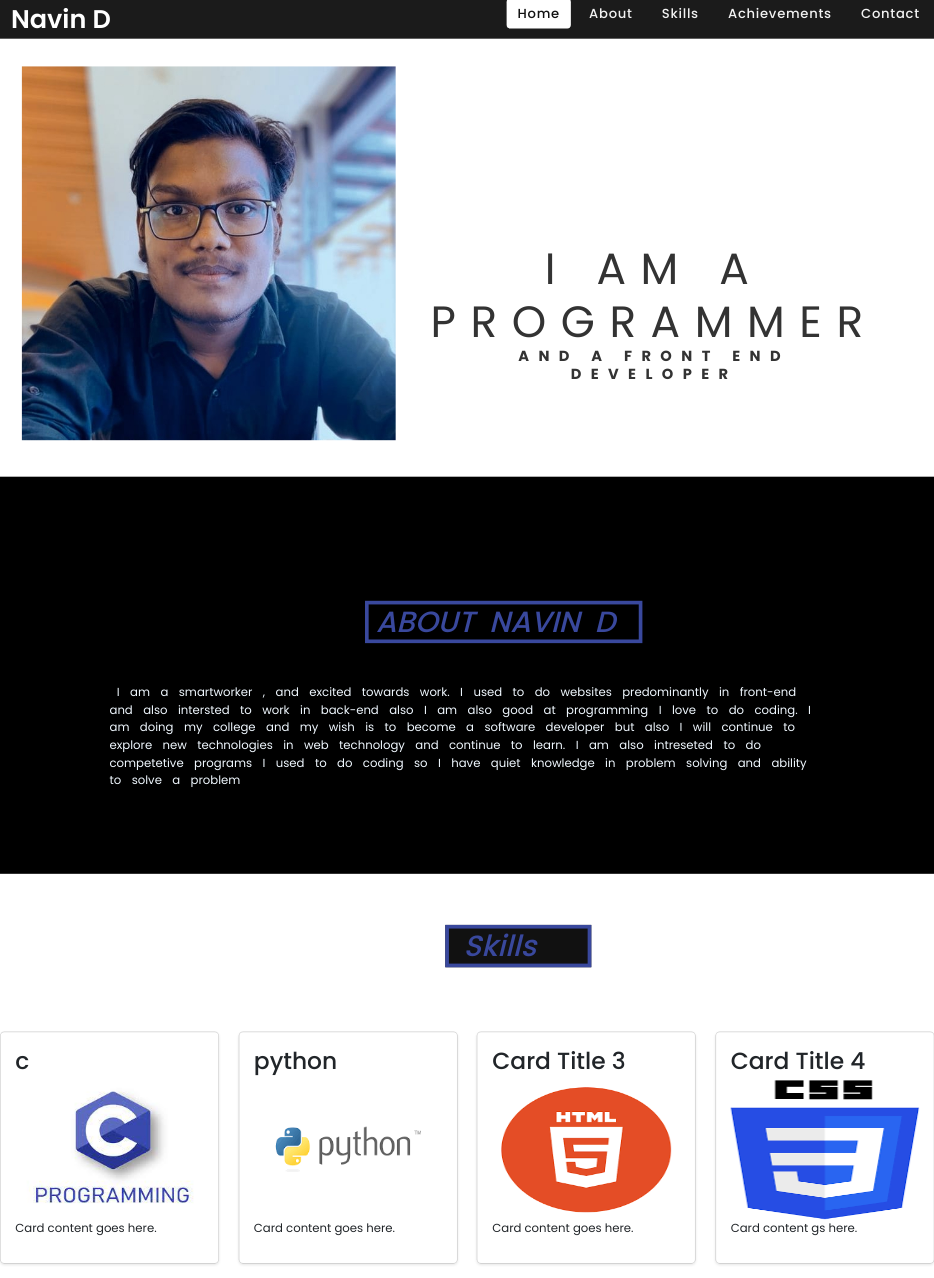
Repository: NavinDayanithi/OIBSIP
Page: Portfolio/index.html
The author's editor kept a copy of each file at every save. The page is drawn from the files as they stood at one save, then again after a run of saves.
The browser window is 1280 px wide. The pictures show the whole page, at 73% of full size.

Above is the page before, as saved 2023-02-21 20:14:26.
Console error: TypeError: Cannot read properties of undefined (reading 'fn')

After the next 3 saves:
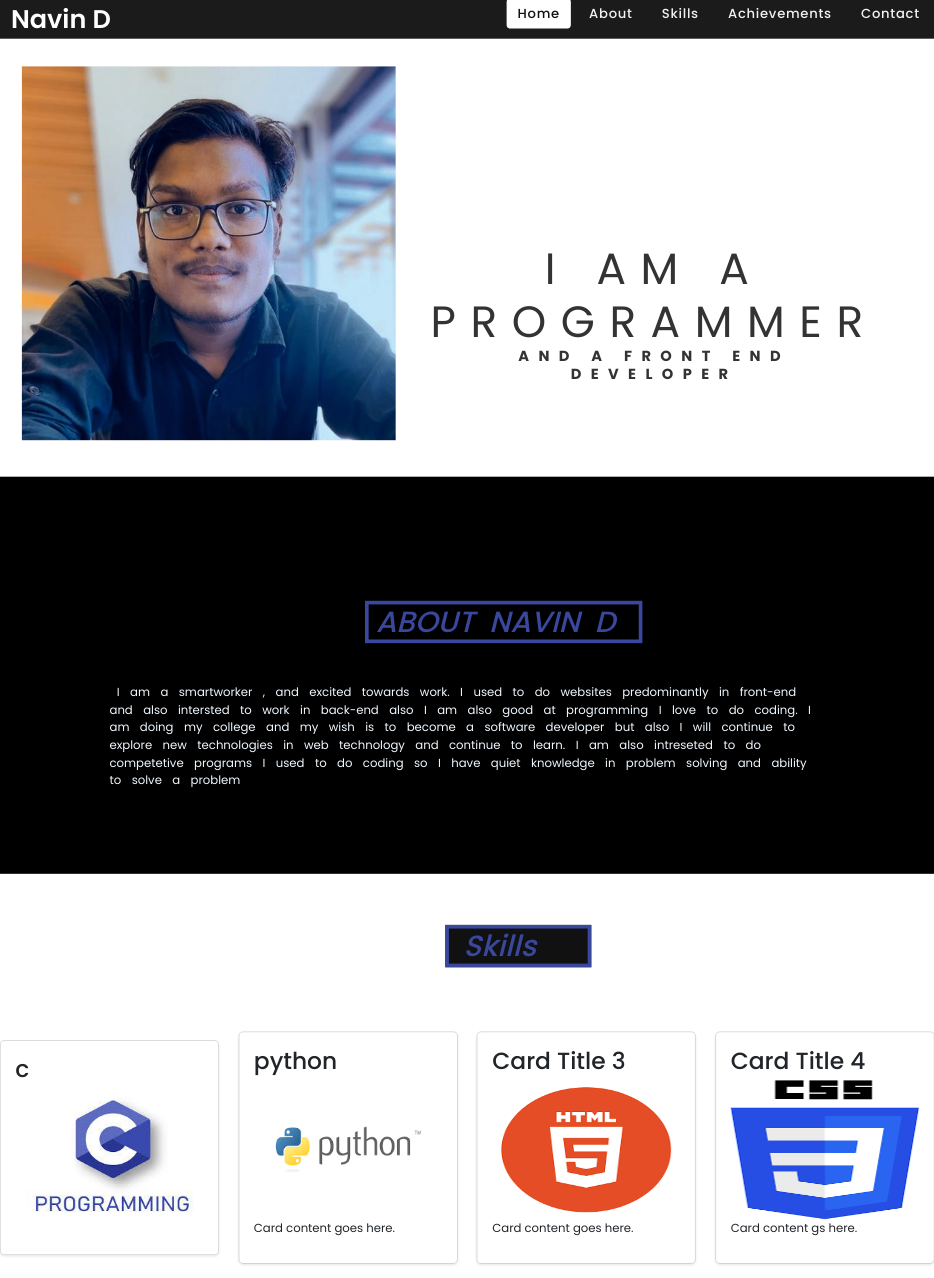
The 3 saves are shown as one change because they came seconds apart.
The last was saved 20 s later.
--- a/Portfolio/index.html
+++ b/Portfolio/index.html
@@ -62,7 +62,7 @@
    <div class="card">
      <h2>c</h2>
      <img class="c" src="c logo.jfif"></img>
-     <p>Card content goes here.</p>
+     <p></p>
    </div>
    <div class="card">
      <h2>python</h2>
